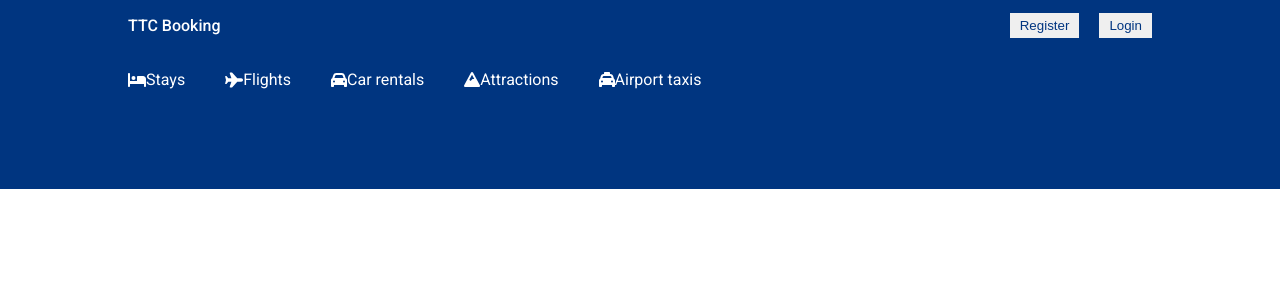
Repository: CarsonDev1/booking-app
Page: /
These files come from the project's save history. The page is drawn as it stood at one moment and after the next save; the edit follows.
The browser window is 1280 px wide. The pictures show the whole page.
The project was rebuilt for these pictures with package versions that can differ from the ones it lists, and the page was loaded fresh each time. Also part of the build but not shown: src/pages/home/home.css, src/pages/hotel/Hotel.jsx, src/pages/list/List.jsx.

Above is the page before, as saved 2022-12-03 00:40:06.

### public/index.html
<!DOCTYPE html>
<html lang="en">

<head>
  <meta charset="utf-8" />
  <link rel="icon" href="%PUBLIC_URL%/favicon.ico" />
  <meta name="viewport" content="width=device-width, initial-scale=1" />
  <meta name="theme-color" content="#000000" />
  <meta name="description" content="Web site created using create-react-app" />
  <link rel="apple-touch-icon" href="%PUBLIC_URL%/logo192.png" />
  <!--
      manifest.json provides metadata used when your web app is installed on a
      user's mobile device or desktop. See https://developers.google.com/web/fundamentals/web-app-manifest/
    -->
  <link rel="manifest" href="%PUBLIC_URL%/manifest.json" />
  <link rel="preconnect" href="https://fonts.googleapis.com">
  <link rel="preconnect" href="https://fonts.gstatic.com" crossorigin>
  <link
    href="https://fonts.googleapis.com/css2?family=Poppins:ital,wght@0,400;0,500;0,600;0,700;0,800;1,400;1,500;1,600;1,700&family=Roboto:ital,wght@0,300;0,400;0,500;0,700;1,300;1,400;1,500;1,700&display=swap"
    rel="stylesheet">
  <!--
      Notice the use of %PUBLIC_URL% in the tags above.
      It will be replaced with the URL of the `public` folder during the build.
      Only files inside the `public` folder can be referenced from the HTML.

      Unlike "/favicon.ico" or "favicon.ico", "%PUBLIC_URL%/favicon.ico" will
      work correctly both with client-side routing and a non-root public URL.
      Learn how to configure a non-root public URL by running `npm run build`.
    -->
  <title>React App</title>
</head>

<body>
  <noscript>You need to enable JavaScript to run this app.</noscript>
  <div id="root"></div>
  <!--
      This HTML file is a template.
      If you open it directly in the browser, you will see an empty page.

      You can add webfonts, meta tags, or analytics to this file.
      The build step will place the bundled scripts into the <body> tag.

      To begin the development, run `npm start` or `yarn start`.
      To create a production bundle, use `npm run build` or `yarn build`.
    -->
</body>

</html>

### src/index.css
body {
	margin: 0;
	padding: 0;
	box-sizing: border-box;
	font-family: "Roboto", sans-serif;
}

### src/App.js
import { BrowserRouter, Routes, Route } from "react-router-dom";
import Home from "./pages/home/Home";
import Hotel from "./pages/hotel/Hotel";
import List from "./pages/list/List";
function App() {
	return (
		<BrowserRouter>
			<Routes>
				<Route path="/" element={<Home />} />
				<Route path="/hotels" element={<List />} />
				<Route path="/hotels/:id" element={<Hotel />} />
			</Routes>
		</BrowserRouter>
	);
}

export default App;

### src/pages/home/Home.jsx
import Header from "../../components/header/Header";
import Navbar from "../../components/navbar/Navbar";
import "./home.css";

const Home = () => {
	return (
		<div>
			<Navbar />
			<Header />
		</div>
	);
};

export default Home;

### src/components/header/Header.jsx
import {
	faBed,
	faCar,
	faMountain,
	faPlane,
	faTaxi,
} from "@fortawesome/free-solid-svg-icons";
import { FontAwesomeIcon } from "@fortawesome/react-fontawesome";
import "./header.css";

const Header = () => {
	return (
		<div className="header">
			<div className="headerContainer">
				<div className="headerList">
					<div className="headerListItem">
						<FontAwesomeIcon icon={faBed} />
						<span>Stays</span>
					</div>
					<div className="headerListItem">
						<FontAwesomeIcon icon={faPlane} />
						<span>Flights</span>
					</div>
					<div className="headerListItem">
						<FontAwesomeIcon icon={faCar} />
						<span>Car rentals</span>
					</div>
					<div className="headerListItem">
						<FontAwesomeIcon icon={faMountain} />
						<span>Attractions</span>
					</div>
					<div className="headerListItem">
						<FontAwesomeIcon icon={faTaxi} />
						<span>Airport taxis</span>
					</div>
				</div>
			</div>
		</div>
	);
};

export default Header;

### src/components/navbar/Navbar.jsx
import "./navbar.css";

const NavBar = () => {
	return (
		<div className="navbar">
			<div className="navContainer">
				<span className="logo">TTC Booking</span>
				<div className="navItems">
					<button className="navButton">Register</button>
					<button className="navButton">Login</button>
				</div>
			</div>
		</div>
	);
};

export default NavBar;

### src/components/header/header.css
.header {
	background-color: #003580;
	color: white;
	display: flex;
	justify-content: center;
}
.headerContainer {
	width: 100%;
	max-width: 1024px;
	margin: 20px 0px 100px 0px;
}
.headerList {
	display: flex;
	gap: 40px;
}
.headerListItem {
	display: flex;
	align-items: center;
	grid-template: 10px;
}

### src/components/navbar/navbar.css
.navbar {
	height: 50px;
	background-color: #003580;
	display: flex;
	justify-content: center;
}
.navContainer {
	width: 100%;
	max-width: 1024px;
	color: white;
	display: flex;
	align-items: center;
	justify-content: space-between;
}
.logo {
	font-weight: 500;
}
.navButton {
	margin-left: 20px;
	border: none;
	padding: 5px 10px;
	cursor: pointer;
	color: #003580;
}

Loaded but not shown: src/index.js (common file)

After the next save:
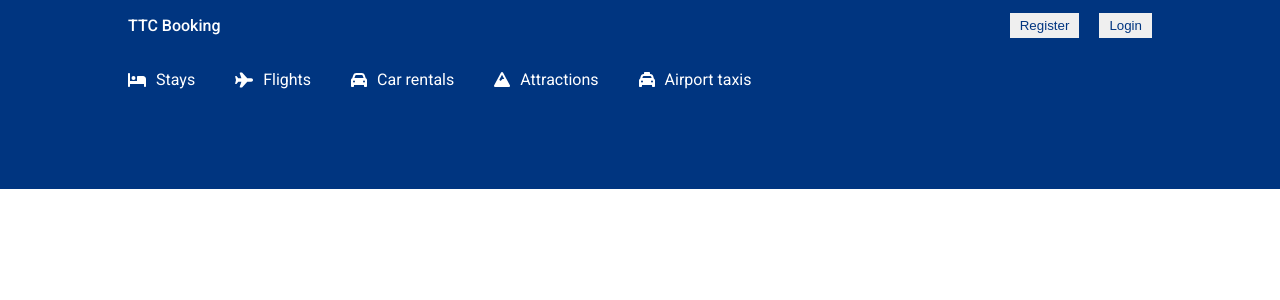
Saved 7 s later.
--- a/src/components/header/header.css
+++ b/src/components/header/header.css
@@ -16,5 +16,5 @@
 .headerListItem {
 	display: flex;
 	align-items: center;
-	grid-template: 10px;
+	gap: 10px;
 }
